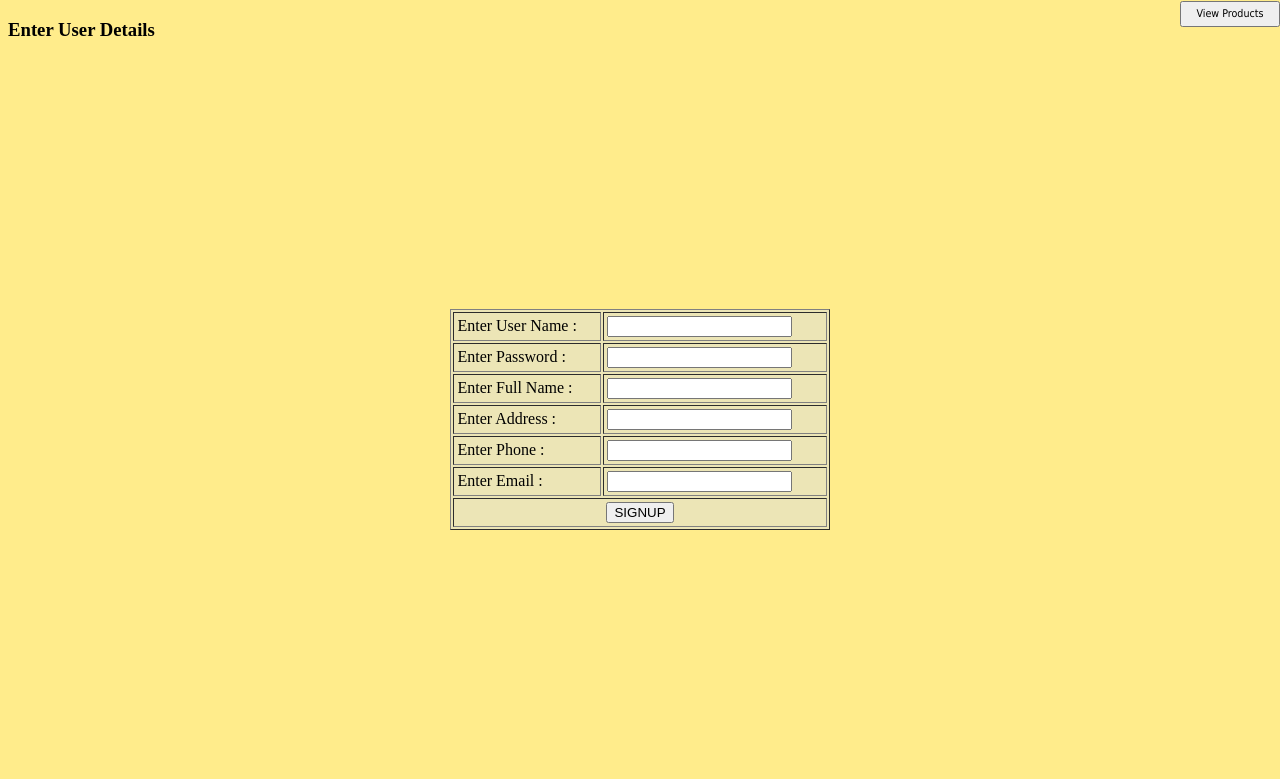
Repository: ankitasha/HomeProject
Page: http://localhost/insurance/WEB-INF/views/addcustomer.jsp
The author's editor kept a copy of each file at every save. The page is drawn from the files as they stood at one save, then again after the next save.
The browser window is 1280 px wide. The pictures show the whole page.
The page is served by Tomcat 9. Nobody is signed in. Other server files are loaded and not shown. The template is opened directly, without the code that normally fills it, so the values that code supplies are empty.

Above is the page before, as saved 2017-05-03 08:34:36.

### insurance/src/main/webapp/WEB-INF/views/addcustomer.jsp
<%@ page language="java" contentType="text/html; charset=ISO-8859-1"
    pageEncoding="ISO-8859-1"%>
<!DOCTYPE html PUBLIC "-//W3C//DTD HTML 4.01 Transitional//EN" "http://www.w3.org/TR/html4/loose.dtd">
<html>
<head>
<meta http-equiv="Content-Type" content="text/html; charset=ISO-8859-1">
<title>Sign Up</title>
<style type="text/css">

#button {
     line-height: 12px;
     padding:5px;
     width: 100px;
     font-size: 8pt;
     font-family: tahoma;
     margin-top: 1px;
     margin-right: 0px;
     position:absolute;
     top:0;
     right:0;
 }

 #menu {
     line-height: 12px;
     padding:5px;
     width: 100px;
     font-size: 8pt;
     font-family: tahoma;
     margin-top: 1px;
     margin-right: 120px;
     position:absolute;
     top:0;
     right:0;
 }

   html, body {
    height: 100%;
  }
  #tableContainer-1 {
    height: 100%;
    width: 100%;
    display: table;
  }
  #tableContainer-2 {
    vertical-align: middle;
    display: table-cell;
    height: 100%;
  }
  #myTable {
    margin: 0 auto;
  }
</style>
</head>
<h3>Enter User Details</h3>
<body style="background-color: #FFEC8B">
	  <div id="tableContainer-1">
  	    <div id="tableContainer-2">
          <form method="post" action="addcustomer">
             <center>
               <table id="myTable" border="1" width="30%" cellpadding="3" style="background-color: #ECE5B6;" WIDTH="30%">

                    <tr>
                        <td> Enter User Name : </td><td><input name="userName"  /> </td>
                    </tr>
                    <tr>
                        <td> Enter Password : </td><td> <input name="userPassword" /> </td>
                    </tr>
                    <tr>
                        <td> Enter Full Name : </td><td> <input name="fullName" /> </td>
                    </tr>
                    <tr>
                        <td> Enter Address : </td><td> <input name="address" /> </td>
                    </tr>
                    <tr>
                        <td> Enter Phone : </td><td> <input name="phone" /> </td>
                    </tr>
                    <tr>
                        <td> Enter Email : </td><td> <input name="email" /> </td>
                    </tr>
                    <tr>
                      <td colspan="2" align="center"><input type="submit" value="SIGNUP" /></td>
                    </tr>
              </table>
            </center>
        </form>
        <form method="get" action="homepage">
   			 <button id="button" type="submit">View Products</button>
		</form>
</body>
</html>

After the next save:
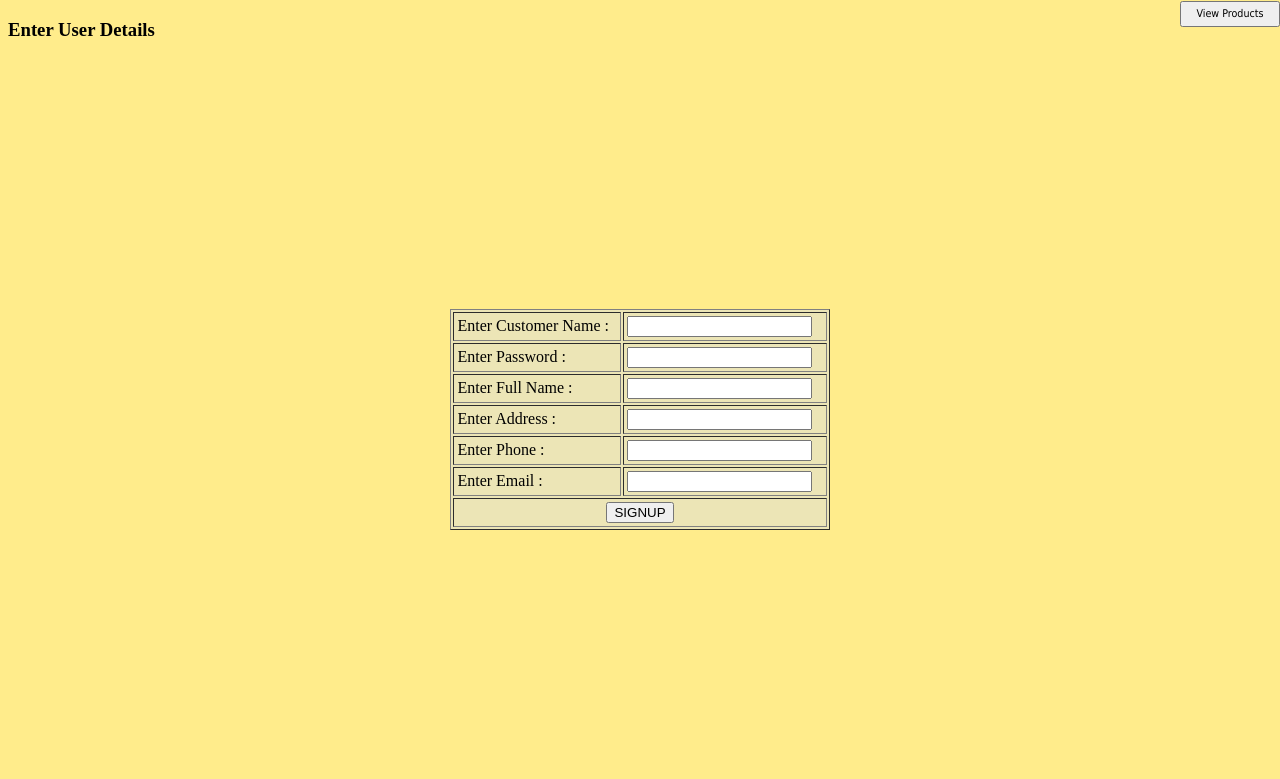
Saved 26 s later.
--- a/insurance/src/main/webapp/WEB-INF/views/addcustomer.jsp
+++ b/insurance/src/main/webapp/WEB-INF/views/addcustomer.jsp
@@ -60,7 +60,7 @@
                <table id="myTable" border="1" width="30%" cellpadding="3" style="background-color: #ECE5B6;" WIDTH="30%">
 
                     <tr>
-                        <td> Enter User Name : </td><td><input name="userName"  /> </td>
+                        <td> Enter Customer Name : </td><td><input name="name"  /> </td>
                     </tr>
                     <tr>
                         <td> Enter Password : </td><td> <input name="userPassword" /> </td>
